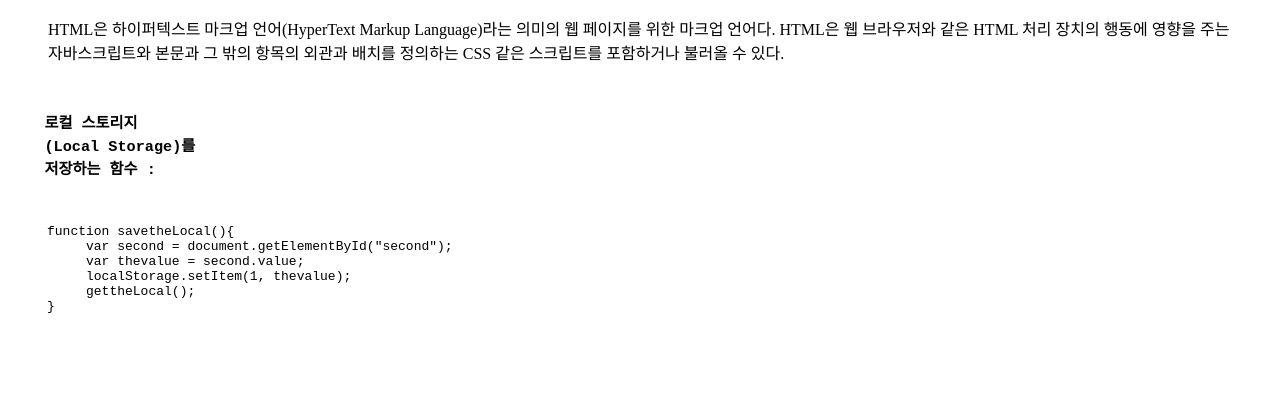
Repository: KimHeonSeung/TJE_HTML
Page: sources/day_01/WebContent/pre.html
The author's editor kept a copy of each file at every save. The page is drawn from the files as they stood at one save, then again after the next save.
The browser window is 1280 px wide. The pictures show the whole page.

Above is the page before, as saved 2019-05-10 06:11:48.

### sources/day_01/WebContent/pre.html
<!DOCTYPE html>
<html>
<head>
<meta charset="UTF-8">
<title>pre 태그</title>
</head>
<body>

<blockquote cite="http://www.w3.org/TR/webstorage/#the-localstorage-attribute">
  HTML은 하이퍼텍스트 마크업 언어(HyperText Markup Language)라는 의미의 웹 페이지를 위한 마크업 언어다. HTML은 웹 브라우저와 같은 HTML 처리 장치의 행동에 영향을 주는 자바스크립트와 본문과 그 밖의 항목의 외관과 배치를 정의하는 CSS 같은 스크립트를 포함하거나 불러올 수 있다.
</blockquote>

<pre>
   <h3>    로컬 스토리지
    (Local Storage)를
    저장하는 함수 :  </h3>

     function savetheLocal(){
          var second = document.getElementById("second");
          var thevalue = second.value;
          localStorage.setItem(1, thevalue);
          gettheLocal();
     }
</pre>

</body>
</html>

After the next save:
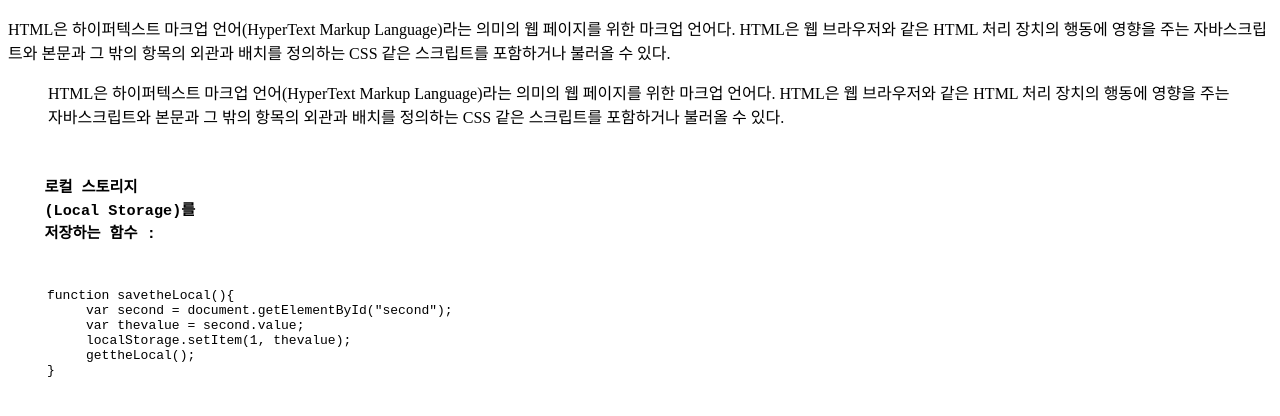
Saved 57 s later.
--- a/sources/day_01/WebContent/pre.html
+++ b/sources/day_01/WebContent/pre.html
@@ -5,6 +5,10 @@
 <title>pre 태그</title>
 </head>
 <body>
+
+<p>
+ HTML은 하이퍼텍스트 마크업 언어(HyperText Markup Language)라는 의미의 웹 페이지를 위한 마크업 언어다. HTML은 웹 브라우저와 같은 HTML 처리 장치의 행동에 영향을 주는 자바스크립트와 본문과 그 밖의 항목의 외관과 배치를 정의하는 CSS 같은 스크립트를 포함하거나 불러올 수 있다.
+ </p>
 
 <blockquote cite="http://www.w3.org/TR/webstorage/#the-localstorage-attribute">
   HTML은 하이퍼텍스트 마크업 언어(HyperText Markup Language)라는 의미의 웹 페이지를 위한 마크업 언어다. HTML은 웹 브라우저와 같은 HTML 처리 장치의 행동에 영향을 주는 자바스크립트와 본문과 그 밖의 항목의 외관과 배치를 정의하는 CSS 같은 스크립트를 포함하거나 불러올 수 있다.
